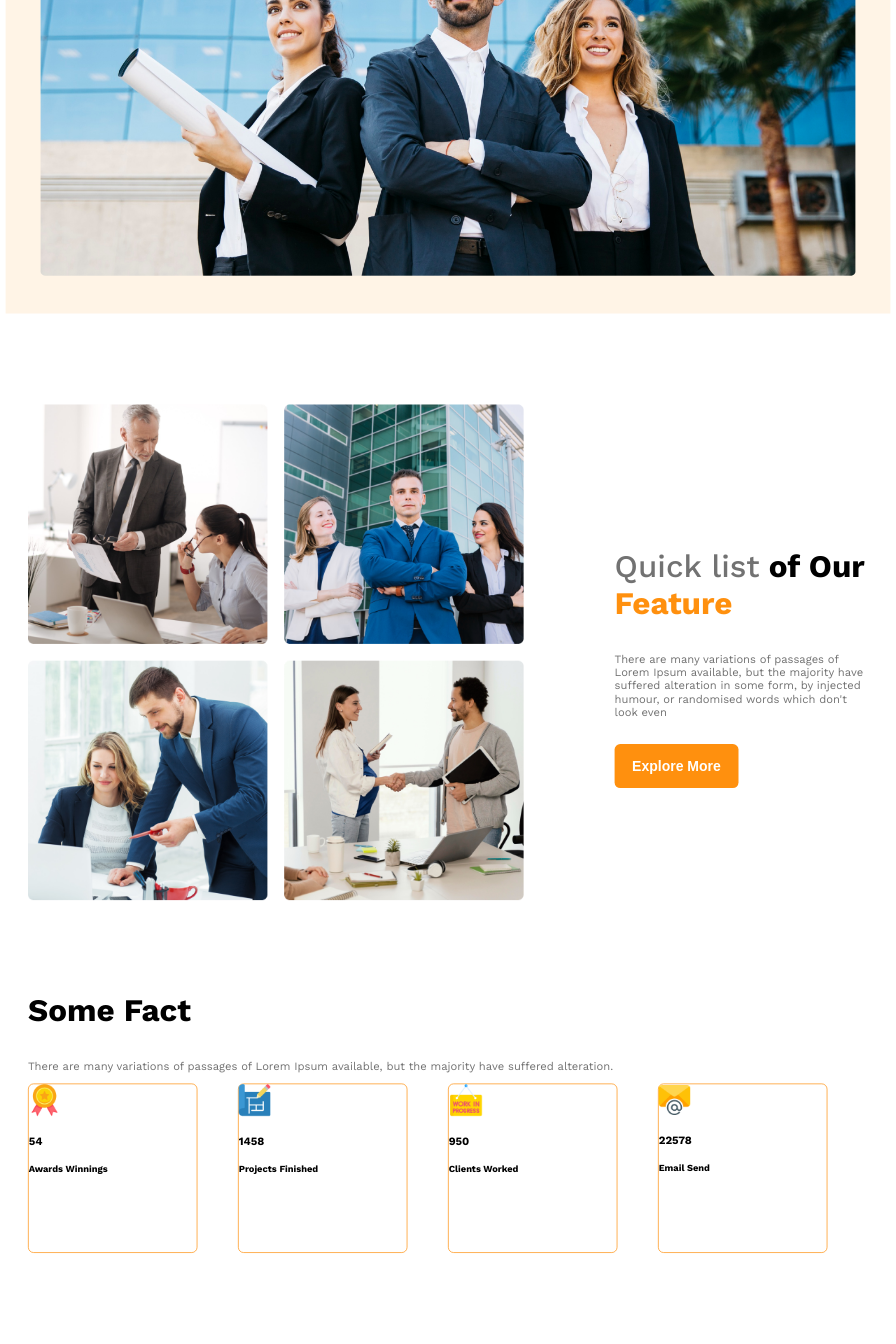
Repository: dollyrakhe22/g3-architects-website
Page: index.html
An editor plug-in stored every save of this project. The page is shown before and after the next save, followed by the edit.
The browser window is 1280 px wide. The pictures show the part of the page from y = 767 to 2687 px (the page is 2687 px tall), at 70% of full size.

Above is the page before, as saved 2025-07-20 23:58:49.

After the next save:
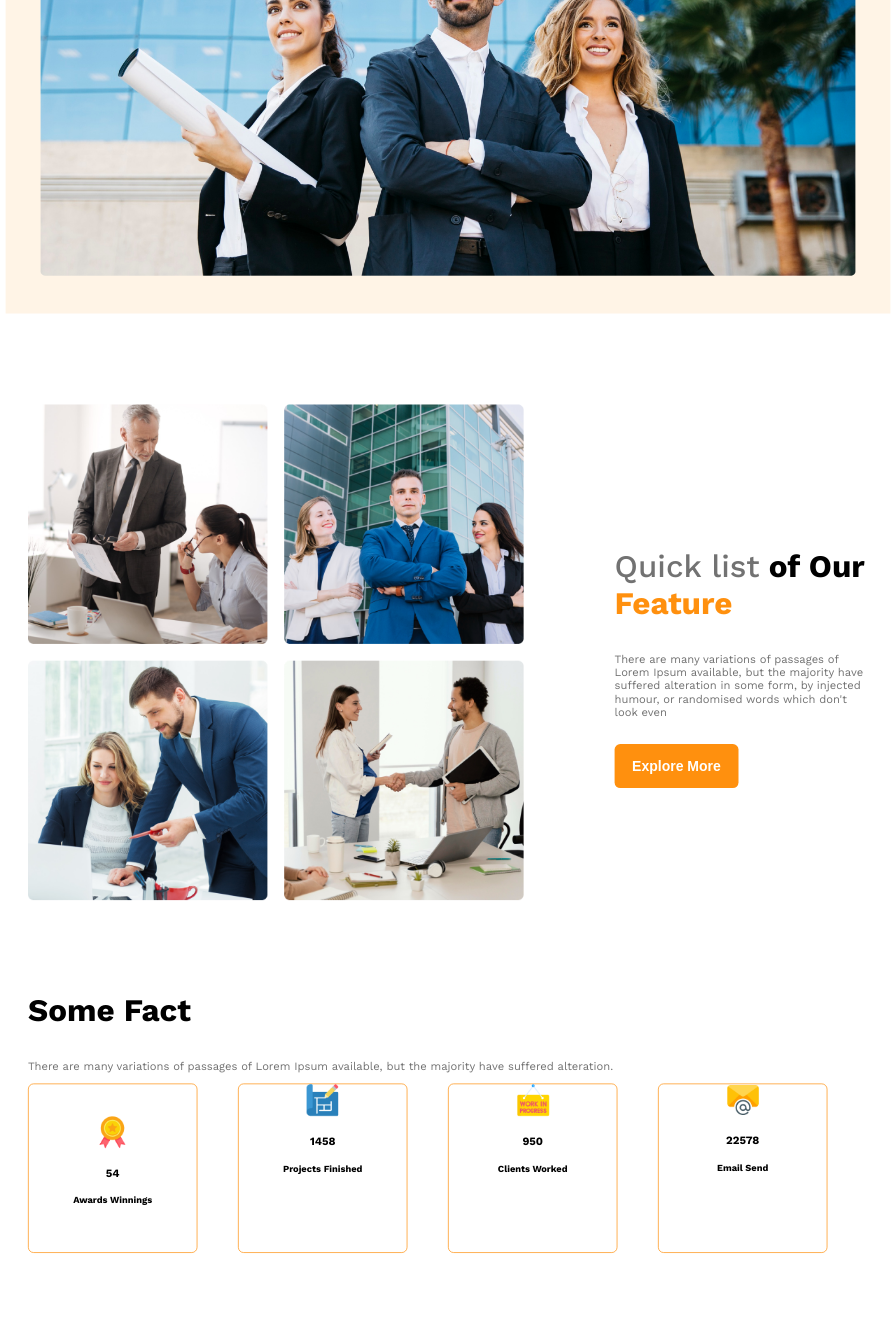
Saved 49 s later.
--- a/style.css
+++ b/style.css
@@ -130,6 +130,9 @@ main> section{
    width: 240px;
    height: 240px;
    border-radius: 8px;
+   text-align: center;
+   align-items: center;
+   justify-content: center;
 }
 
 
